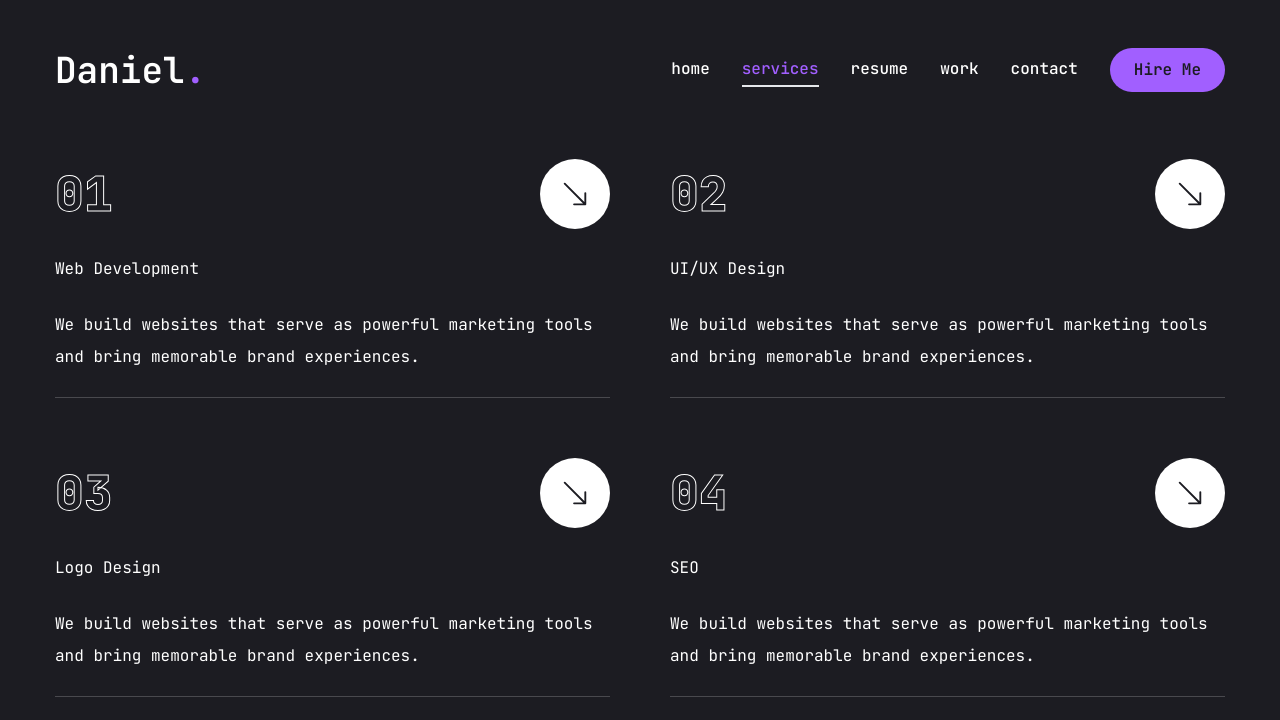
Repository: itsDarkos/Daniel-Portfolio
Page: /services
The author's editor kept a copy of each file at every save. The page is drawn from the files as they stood at one save, then again after the next save.
The browser window is 1280 px wide. The pictures show the whole page.
The project was rebuilt for these pictures with package versions that can differ from the ones it lists, and the page was loaded fresh each time. The framework's server and built-in components were replaced by stand-ins that run in the browser. Also part of the build but not shown: next.config.mjs.

Above is the page before, as saved 2025-01-04 19:09:13.

### app/layout.jsx
import { JetBrains_Mono } from "next/font/google";
import "./globals.css";

// components
import Header from "@/components/Header";
import PageTransition from "@/components/PageTransition";
import StairTransition from "@/components/StairTransition";

const jetBrainsMono = JetBrains_Mono({
  variable: "--font-jetBrainsMono",
  weight: ["100", "200", "300", "400", "500", "600", "700", "800"],
  subsets: ["latin"],
});

export const metadata = {
  title: "Create Next App",
  description: "Generated by create next app",
};

export default function RootLayout({ children }) {
  return (
    <html lang="en">
      <body className={jetBrainsMono.variable}>
        <Header />
        <StairTransition />
        <PageTransition>{children}</PageTransition>
      </body>
    </html>
  );
}

### app/services/page.jsx
"use client";

import { BsArrowDownRight } from "react-icons/bs";
import Link from "next/link";

const services = [
  {
    num: "01",
    title: "Web Development",
    description:
      "We build websites that serve as powerful marketing tools and bring memorable brand experiences.",
    href: "",
  },
  {
    num: "02",
    title: "UI/UX Design",
    description:
      "We build websites that serve as powerful marketing tools and bring memorable brand experiences.",
    href: "",
  },
  {
    num: "03",
    title: "Logo Design",
    description:
      "We build websites that serve as powerful marketing tools and bring memorable brand experiences.",
    href: "",
  },
  {
    num: "04",
    title: "SEO",
    description:
      "We build websites that serve as powerful marketing tools and bring memorable brand experiences.",
    href: "",
  },
];

import { motion } from "framer-motion";

const Services = () => {
  return (
    <section className="min-h-[80vh] flex flex-col justify-center py-12 xl:py-0">
      <div className="container mx-auto">
        <motion.div
          initial={{ opacity: 0 }}
          animate={{
            opacity: 1,
            transition: { delay: 2.4, duration: 0.4, ease: "easeIn" },
          }}
          className="grid grid-cols-1 md:grid-cols-2 gap-[60px]"
        >
          {services.map((service, index) => {
            return (
              <div
                key={index}
                className="flex-1 flex flex-col justify-center gap-6 group"
              >
                {/* top */}
                <div className="w-full flex justify-between items-center">
                  <div className="text-5xl font-extrabold text-outline text-transparent group-hover:text-outline-hover transition-all duration-500">
                    {service.num}
                  </div>
                  <Link href={service.href} className="w-[70px] h-[70px] rounded-full bg-white group-hover:bg-accent transition-all duration-500 flex justify-center items-center hover:-rotate-45">
                    <BsArrowDownRight className="text-primary text-3xl" />
                  </Link>
                </div>
                {/* tiltle */}
                <h2 className="">{service.title}</h2>
                {/* description */}
                <p>{service.description}</p>
                {/* border */}
                <div className="border-b border-white/20 w-full"></div>
              </div>
            );
          })}
        </motion.div>
      </div>
    </section>
  );
};

export default Services;

### app/globals.css
@tailwind base;
@tailwind components;
@tailwind utilities;

@layer base {
  body {
    @apply font-primary bg-primary text-white leading-loose;
  }

  .h1 {
    @apply text-[48px] xl:text-[80px] leading-[1.1] font-semibold;
  }

  .h2 {
    @apply text-[36px] xl:text-[48px] leading-[1.1] font-semibold;
  }

  .h3 {
    @apply text-[20px] xl:text-[24px] leading-[1.1] font-semibold;
  }
  .text-outline{
    -webkit-text-stroke: 1px #ffffff;
  }

  .text-outline-hover{
    -webkit-text-stroke: 1px #a15fff;
  }
}

### components/Header.jsx
import Link from "next/link";
import { Button } from "./ui/button";

// components
import { Nav } from "./Nav";
import MobileNav from "./MobileNav";

export const Header = () => {
  return (
    <header className="py-8 xl:py-12 text-white">
      <div className="container mx-auto flex justify-between items-center">
        {/* logo */}
        <Link href="/">
          <h1 className="text-4xl font-semibold">
            Daniel<span className="text-accent">.</span>
          </h1>
        </Link>
        {/* desktop nav & hire me button */}
        <div className="hidden xl:flex items-center gap-8">
          <Nav />
          <Link href="/contact">
            <Button>Hire Me</Button>
          </Link>
        </div>
        {/* mobile nav */}
        <div className="xl:hidden">
          <MobileNav />
        </div>
      </div>
    </header>
  );
};

export default Header;

### components/PageTransition.jsx
"use client";

import { AnimatePresence, motion } from "framer-motion"
import { usePathname } from "next/navigation";

const PageTransition = ({children}) => {
  const pathname = usePathname();
  return <AnimatePresence>
    <div key={pathname}>
      <motion.div
        initial ={{opacity: 1}}
        animate={{
          opacity: 0,
          transition:{delay: 1, duration: 0.4, ease: "easeInOut"},
        }}
        className="h-screen w-screen fixed bg-primary top-0 pointer-events-none"
      />
      {children}
    </div>
    </AnimatePresence>
}

export default PageTransition

### components/StairTransition.jsx
"use client";

import { AnimatePresence, motion } from "framer-motion";
import { usePathname } from "next/navigation";

//components
import Stairs from "./Stairs";

const StairTransition = () => {
  const pathname = usePathname();
  return (
    <>
      <AnimatePresence mode="wait">
        <div key={pathname}>
          <div className="h-screen w-screen fixed top-0 left-0 right-0 pointer-events-none z-40 flex">
            <Stairs />
          </div>
          <motion.div
            className="h-screen w-screen fixed bg-primary top-0 pointer-events-none"
            initial={{ opacity: 1 }}
            animate={{
              opacity: 0,
              transition: { delay: 1, duration: 0.4, ease: "easeInOut" },
            }}
          />
        </div>
      </AnimatePresence>
    </>
  );
};

export default StairTransition;

### components/ui/button.jsx
import * as React from "react";
import { Slot } from "@radix-ui/react-slot";
import { cva } from "class-variance-authority";

import { cn } from "@/lib/utils";

const buttonVariants = cva(
  "inline-flex items-center justify-center whitespace-nowrap rounded-full text-base font-semibold ring-offset-white transition-colors",
  {
    variants: {
      variant: {
        default:  "bg-accent text-primary hover:bg-accent-hover",
        primary:  "bg-primary text-white",
        outline:  "border border-accent bg-transparent text-accent hover:bg-accent hover:text-primary",
      },
      size: {
        default: "h-[44px] px-6",
        sm: "h-[48px] px-6",
        lg: "h-[56px] px-8 text-sm uppercase tracking-[2px]",
      },
    },
    defaultVariants: {
      variant: "default",
      size: "default",
    },
  }
);

const Button = React.forwardRef(
  ({ className, variant, size, asChild = false, ...props }, ref) => {
    const Comp = asChild ? Slot : "button";
    return (
      <Comp
        className={cn(buttonVariants({ variant, size, className }))}
        ref={ref}
        {...props}
      />
    );
  }
);
Button.displayName = "Button";

export { Button, buttonVariants };

### components/Nav.jsx
"use client";

import Link from "next/link";
import { usePathname } from "next/navigation";

const links = [
  {
    name: "home",
    path: "/",
  },
  {
    name: "services",
    path: "/services",
  },
  {
    name: "resume",
    path: "/resume",
  },
  {
    name: "work",
    path: "/work",
  },
  {
    name: "contact",
    path: "/contact",
  },
];

export const Nav = () => {
  const pathname = usePathname();
  console.log(pathname);
  return (
    <nav className="flex gap-8">
      {links.map((link, index) => {
        return (
          <Link
            href={link.path}
            key={index}
            className={`${
              link.path === pathname && "text-accent border-b-2 border-accent"
            }capitalize font-medium hover:text-accent transition all`}>
            {link.name}
          </Link>
        );
      })}
    </nav>
  );
};

export default Nav;

### components/MobileNav.jsx
"use client";

import { Sheet, SheetContent, SheetTrigger } from "@/components/ui/sheet";
import { usePathname } from "next/navigation";
import Link from "next/link";
import { CiMenuFries } from "react-icons/ci";

const links = [
  {
    name: "home",
    path: "/",
  },
  {
    name: "services",
    path: "/services",
  },
  {
    name: "resume",
    path: "/resume",
  },
  {
    name: "work",
    path: "/work",
  },
  {
    name: "contact",
    path: "/contact",
  },
];

const MobileNav = () => {
  const pathname = usePathname();
  return (
    <Sheet>
      <SheetTrigger className="flex justify-center items-center">
        <CiMenuFries className="text-[32px] text-accent" />
      </SheetTrigger>
      <SheetContent className="flex flex-col">
        {/* logo */}
        <div className="mt-32 mt-40 text-center text-2xl">
          <Link href="/"></Link>
          <h1 className="text-4xl font-semibold">
            Daniel<span className="text-accent">.</span>
          </h1>
        </div>
        {/* nav */}
        <nav className="flex flex-col justifi-center items-center gap-8">
          {links.map((link, index) => {
            return (
              <Link
                href={link.path}
                key={index}
                className={`${
                  link.path === pathname &&
                  "text-accent border-b-2 border-accent"
                } text-xl capitalize hover:text-accent transition`}
              >
                {link.name}
              </Link>
            );
          })}
        </nav>
      </SheetContent>
    </Sheet>
  );
};

export default MobileNav;

### components/Stairs.jsx
import { animate, motion } from "framer-motion";

//variants
const stairAimation = {
  initial: {
    top: "0%",
  },
  animate: {
    top: "100%",
  },
  exit: {
    top: ["100%", "0%"],
  },
};

//calculate the reverse index fot staggred delay
const reverseIndex = (index) => {
  const totalSteps = 6; //number of steps
  return totalSteps - index - 1;
};

const Stairs = () => {
  return (
    <>
      {/* render & motion divs, each representing a step of the stairs.
      Each div will have the same animation defined by the stoirsAnimation object.
      The delay for each div is calculated sinomically based on it's reversed index,
      creating a staggered effect with decreasing delay for each subsequent step.
     */}
      {[...Array(6)].map((_, index) => {
        return (
          <motion.div
            key={index}
            variants={stairAimation}
            initial="initial"
            animate="animate"
            exit="exit"
            transition={{
              duration: 0.4,
              ease: "easeInOut",
              delay: reverseIndex(index) * 0.1,
            }}
            className="h-full w-full bg-white relative"
          />
        );
      })}
    </>
  );
};

export default Stairs;

### components/ui/sheet.jsx
"use client";
import * as React from "react"
import * as SheetPrimitive from "@radix-ui/react-dialog"
import { cva } from "class-variance-authority";
import { cn } from "@/lib/utils"

import {IoMdClose} from "react-icons/io"

const Sheet = SheetPrimitive.Root

const SheetTrigger = SheetPrimitive.Trigger

const SheetClose = SheetPrimitive.Close

const SheetPortal = SheetPrimitive.Portal

const SheetOverlay = React.forwardRef(({ className, ...props }, ref) => (
  <SheetPrimitive.Overlay
    className={cn(
      "fixed inset-0 z-50 bg-black/80  data-[state=open]:animate-in data-[state=closed]:animate-out data-[state=closed]:fade-out-0 data-[state=open]:fade-in-0",
      className
    )}
    {...props}
    ref={ref} />
))
SheetOverlay.displayName = SheetPrimitive.Overlay.displayName

const sheetVariants = cva(
  "fixed z-50 gap-4 bg-primary p-6 shadow-lg transition ease-in-out data-[state=open]:animate-in data-[state=closed]:animate-out data-[state=closed]:duration-300 data-[state=open]:duration-500 dark:bg-neutral-950",
  {
    variants: {
      side: {
        top: "inset-x-0 top-0 border-b data-[state=closed]:slide-out-to-top data-[state=open]:slide-in-from-top",
        bottom:
          "inset-x-0 bottom-0 border-t data-[state=closed]:slide-out-to-bottom data-[state=open]:slide-in-from-bottom",
        left: "inset-y-0 left-0 h-full w-3/4 border-r data-[state=closed]:slide-out-to-left data-[state=open]:slide-in-from-left sm:max-w-sm",
        right:
          "inset-y-0 right-0 h-full w-3/4 data-[state=closed]:slide-out-to-right data-[state=open]:slide-in-from-right sm:max-w-sm",
      },
    },
    defaultVariants: {
      side: "right",
    },
  }
)

const SheetContent = React.forwardRef(({ side = "right", className, children, ...props }, ref) => (
  <SheetPortal>
    <SheetOverlay />
    <SheetPrimitive.Content ref={ref} className={cn(sheetVariants({ side }), className)} {...props}>
      {children}
      <SheetPrimitive.Close
        className="absolute right-8 top-8 transition opacity ouline-none">
        <IoMdClose className="text-3xl text-accent" />
        <span className="sr-only">Close</span>
      </SheetPrimitive.Close>
    </SheetPrimitive.Content>
  </SheetPortal>
))
SheetContent.displayName = SheetPrimitive.Content.displayName

const SheetHeader = ({
  className,
  ...props
}) => (
  <div
    className={cn("flex flex-col space-y-2 text-center sm:text-left", className)}
    {...props} />
)
SheetHeader.displayName = "SheetHeader"

const SheetFooter = ({
  className,
  ...props
}) => (
  <div
    className={cn("flex flex-col-reverse sm:flex-row sm:justify-end sm:space-x-2", className)}
    {...props} />
)
SheetFooter.displayName = "SheetFooter"

const SheetTitle = React.forwardRef(({ className, ...props }, ref) => (
  <SheetPrimitive.Title
    ref={ref}
    className={cn("text-lg font-semibold text-neutral-950 dark:text-neutral-50", className)}
    {...props} />
))
SheetTitle.displayName = SheetPrimitive.Title.displayName

const SheetDescription = React.forwardRef(({ className, ...props }, ref) => (
  <SheetPrimitive.Description
    ref={ref}
    className={cn("text-sm text-neutral-500 dark:text-neutral-400", className)}
    {...props} />
))
SheetDescription.displayName = SheetPrimitive.Description.displayName

export {
  Sheet,
  SheetPortal,
  SheetOverlay,
  SheetTrigger,
  SheetClose,
  SheetContent,
  SheetHeader,
  SheetFooter,
  SheetTitle,
  SheetDescription,
}

### tailwind.config.mjs
/** @type {import('tailwindcss').Config} */
// eslint-disable-next-line import/no-anonymous-default-export
export default {
  darkMode: ["class"],
  content: [
    "./pages/**/*.{js,ts,jsx,tsx,mdx}",
    "./components/**/*.{js,ts,jsx,tsx,mdx}",
    "./app/**/*.{js,ts,jsx,tsx,mdx}",
  ],
  theme: {
    container: {
      center: true,
      padding: "15px",
    },
    screens: {
      sm: "640px",
      md: "768px",
      lg: "960px",
      xl: "1200px",
    },
    fontFamily: {
      primary: "var(--font-jetBrainsMono)",
    },
    extend: {
      colors: {
        primary: "#1c1c22",
        accent: {
          DEFAULT: "#a15fff",
          hover: "#8e4cff",
        },
      },
      borderRadius: {
        lg: "var(--radius)",
        md: "calc(var(--radius) - 2px)",
        sm: "calc(var(--radius) - 4px)",
      },
    },
  },
  plugins: [require("tailwindcss-animate")],
};

Loaded but not shown: lib/utils.js (common file)

After the next save:
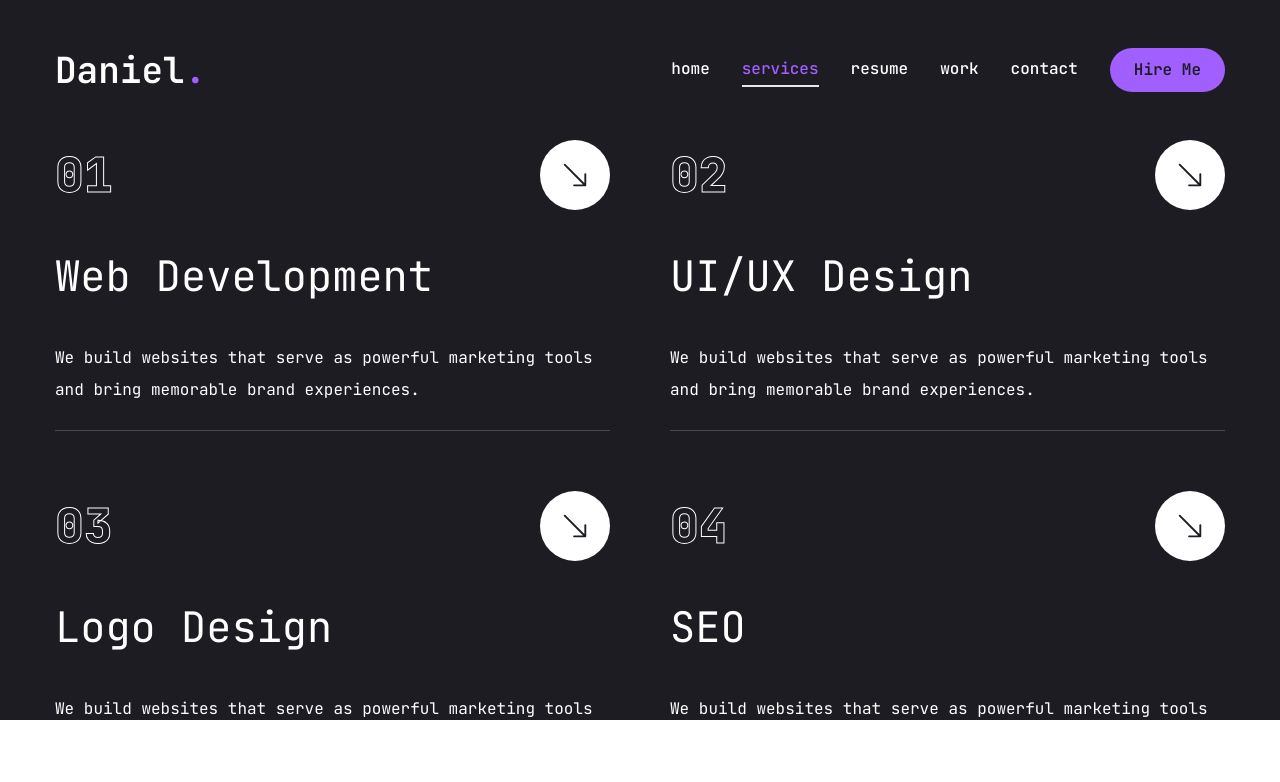
Saved 8 s later.
--- a/app/services/page.jsx
+++ b/app/services/page.jsx
@@ -64,7 +64,7 @@ const Services = () => {
                   </Link>
                 </div>
                 {/* tiltle */}
-                <h2 className="">{service.title}</h2>
+                <h2 className="text-[42px]">{service.title}</h2>
                 {/* description */}
                 <p>{service.description}</p>
                 {/* border */}
